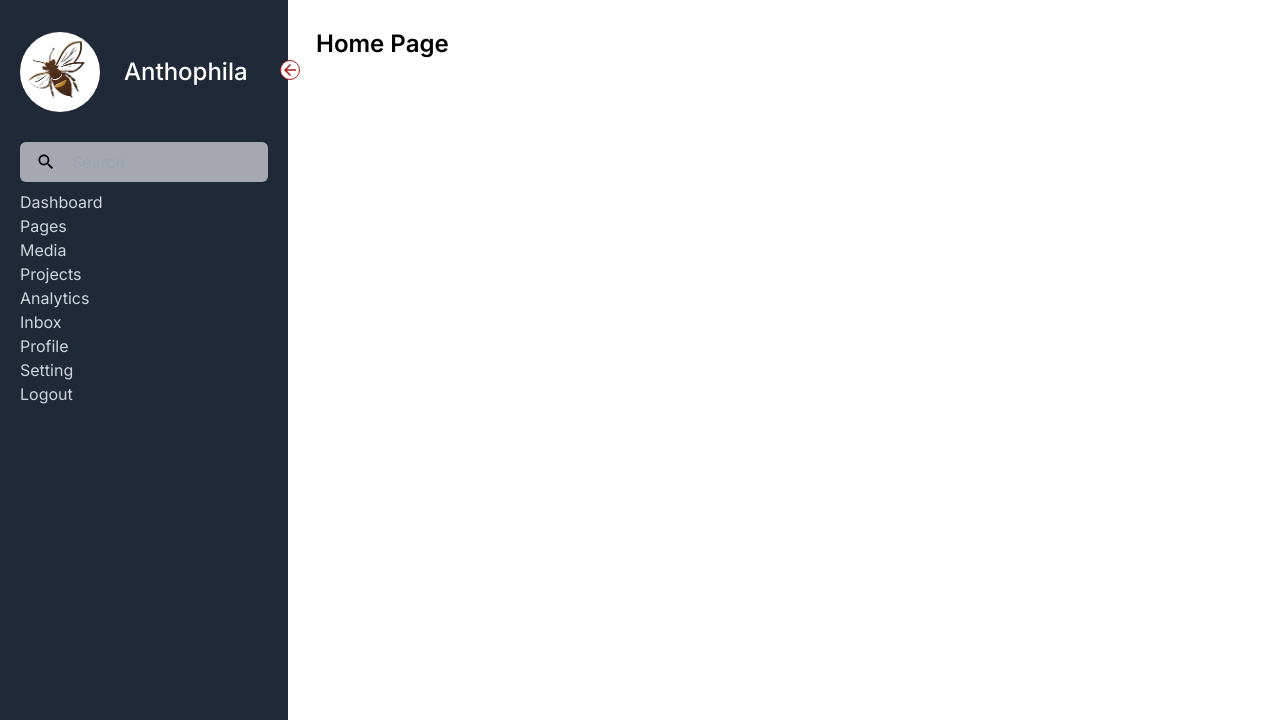
Repository: marcusdashe/anthophila
Page: /dashboard
An editor plug-in stored every save of this project. The page is shown before and after the next save, followed by the edit.
The browser window is 1280 px wide. The pictures show the whole page.
The project was rebuilt for these pictures with package versions that can differ from the ones it lists, and the page was loaded fresh each time. The framework's server and built-in components were replaced by stand-ins that run in the browser. Also part of the build but not shown: next.config.js.

Above is the page before, as saved 2023-04-05 15:56:18.

After the next save:
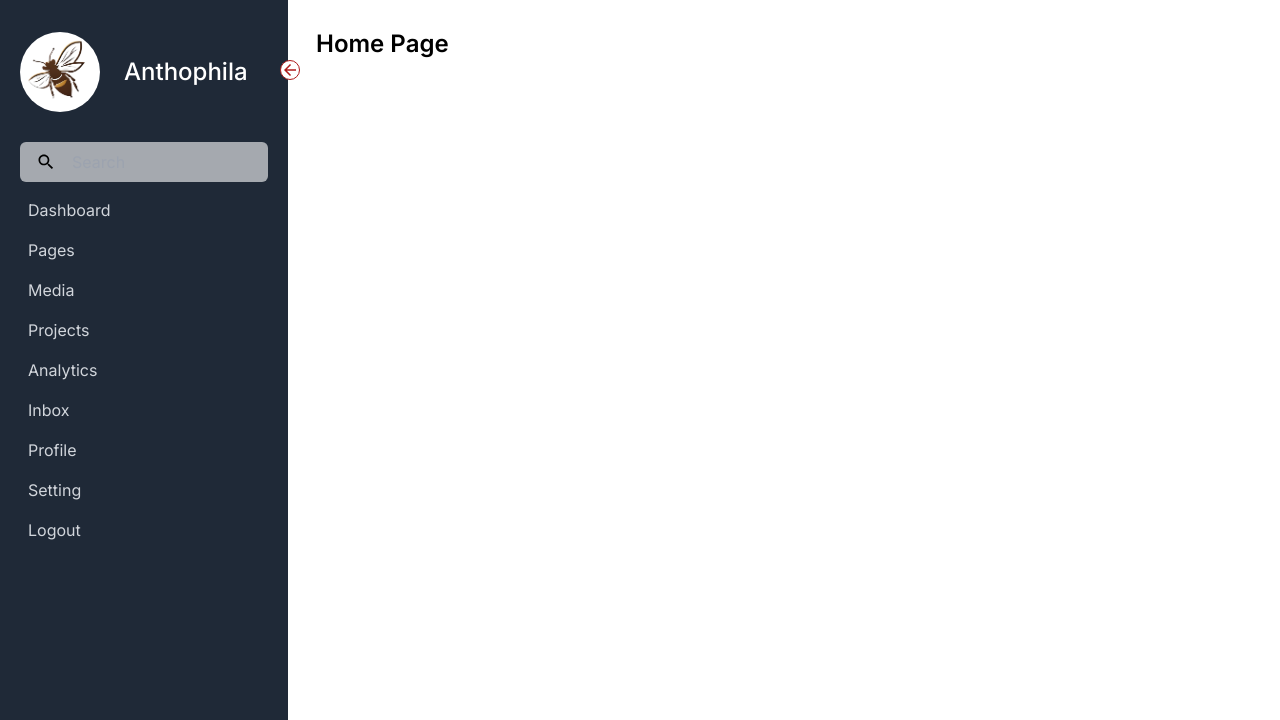
Saved 5 min 11 s later.
--- a/pages/dashboard.js
+++ b/pages/dashboard.js
@@ -86,7 +86,7 @@ const Dashboard = () => {
                 key={index}
                 className="text-gray-300
                 text-small flex
-                items-center gap-x-4 cursor-pointer"
+                items-center gap-x-4 cursor-pointer p-2 hover:bg-white bg-opacity-60"
               >
                 <span>{menu.title}</span>
               </li>
